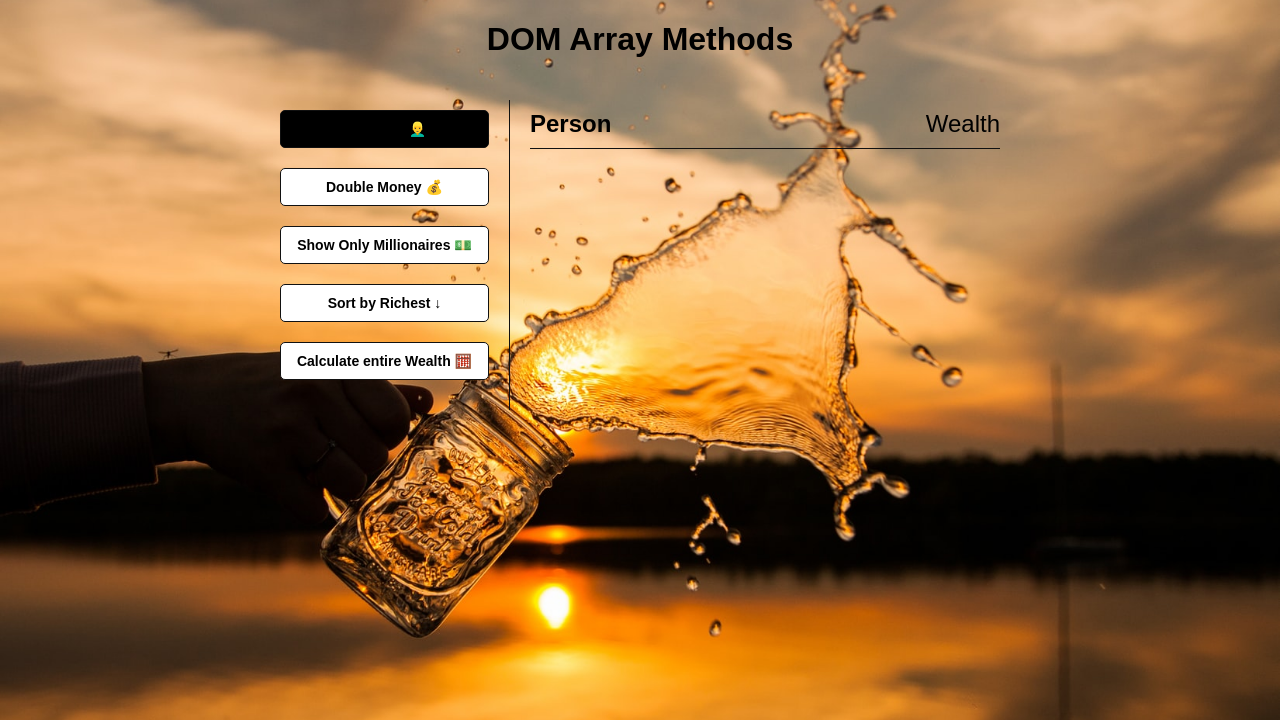
Repository: CAMPSLOPY/RandomUserInfoGenerator
Page: index.html
An editor plug-in stored every save of this project. The page is shown before and after the next save, followed by the edit.
The browser window is 1280 px wide. The pictures show the whole page.
The pointer rests on the first visible `button`.

Above is the page before, as saved 2021-01-19 12:10:35.

### index.html
<!DOCTYPE html>
<html lang="en">
  <head>
    <meta charset="UTF-8" />
    <meta name="viewport" content="width=device-width, initial-scale=1.0" />
    <meta http-equiv="X-UA-Compatible" content="ie=edge" />
    <meta name="robots" content="index,follow" />
    <meta
      name="description"
      content="This app is used to understand how popular array methods like filter(),map() works.."
    />
    <link rel="stylesheet" href="/styles.css" />
    <link rel="icon" href="./User_36491.png">
    <title>RandomUserGenerator</title>
  </head>
  <body>
    <h1>DOM Array Methods</h1>

    <div class="container">
      <aside>
        <button id="add-user">Add User 👱‍♂️</button>
        <button id="double">Double Money 💰</button>
        <button id="show-millionaires">Show Only Millionaires 💵</button>
        <button id="sort">Sort by Richest ↓</button>
        <button id="calculate-wealth">Calculate entire Wealth 🧮</button>
      </aside>

      <main id="main">
        <h2><strong>Person</strong> Wealth</h2>
      </main>
    </div>

  </body>
</html>

### styles.css
* {
    box-sizing: border-box;
  }

  body {
    background-image: url('./img/back.jpeg');
    background-repeat: no-repeat;
    background-position: center;
    background-size: cover;
    font-family: Arial, Helvetica, sans-serif;
    display: flex;
    flex-direction: column;
    align-items: center;
    min-height: 100vh;
    margin: 0;
  }

  .container {
    display: flex;
    padding: 20px;
    margin: 0 auto;
    max-width: 100%;
    width: 800px;
  }

  aside {
    padding: 10px 20px;
    width: 250px;
    border-right: 1px solid #111;
  }

  button {
    cursor: pointer;
    background-color: #fff;
    border: solid 1px #111;
    border-radius: 5px;
    display: block;
    width: 100%;
    padding: 10px;
    margin-bottom: 20px;
    font-weight: bold;
    font-size: 14px;
  }
  button:hover{
    background-color: black;
  }

  main {
    flex: 1;
    padding: 10px 20px;
  }

  h2 {
    border-bottom: 1px solid #111;
    padding-bottom: 10px;
    display: flex;
    justify-content: space-between;
    font-weight: 300;
    margin: 0 0 20px;
  }

  h3 {
    background-color: #fff;
    border-bottom: 1px solid #111;
    padding: 10px;
    display: flex;
    justify-content: space-between;
    font-weight: 300;
    margin: 20px 0 0;
  }

  .person {
    display: flex;
    justify-content: space-between;
    font-size: 20px;
    margin-bottom: 10px;
  }

After the next save:
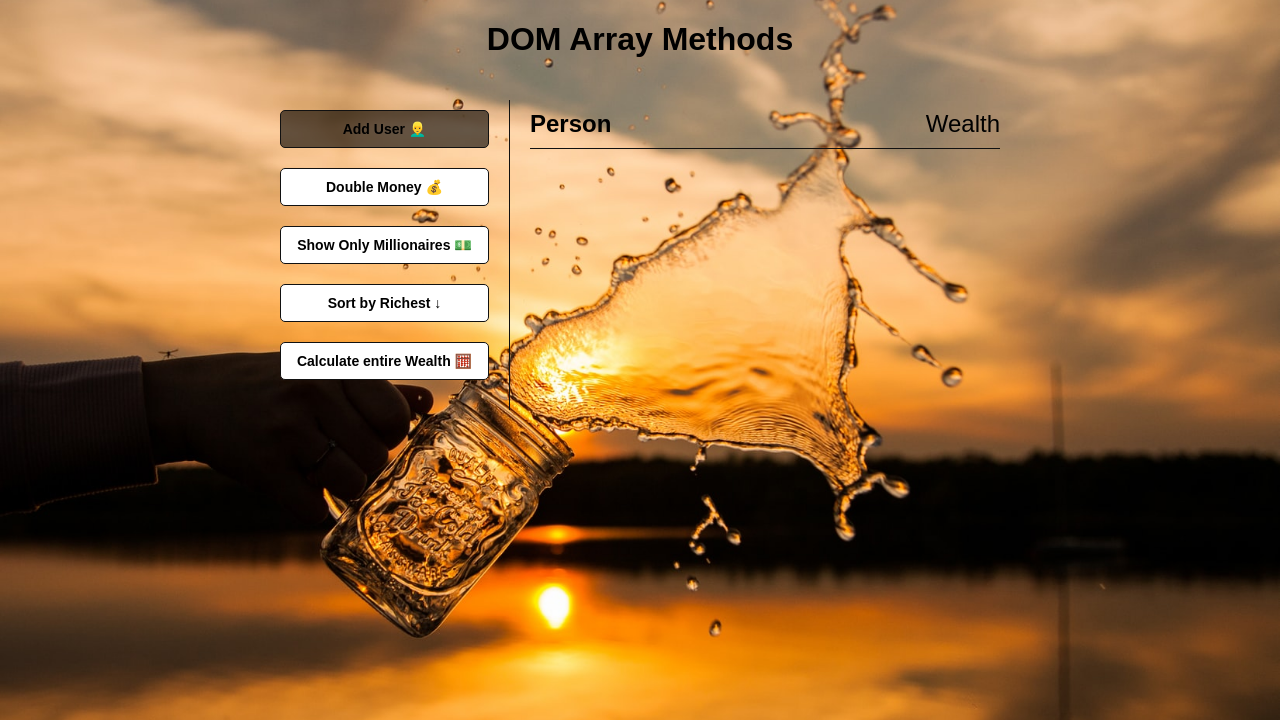
Saved 5 s later.
--- a/styles.css
+++ b/styles.css
@@ -42,7 +42,7 @@
     font-size: 14px;
   }
   button:hover{
-    background-color: black;
+    background-color: rgba(0, 0, 0, 0.603);
   }
 
   main {
